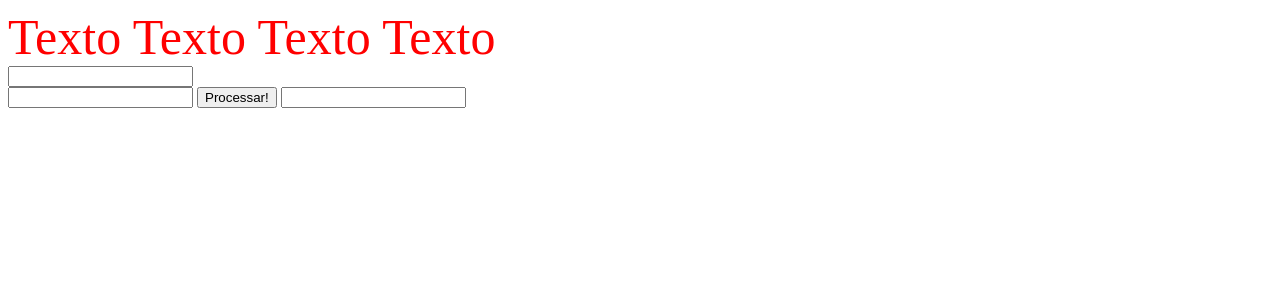
Repository: Zenxdu/eduardo
Page: html/anatomiaTag.html
These files come from the project's save history. The page is drawn as it stood at one moment and after the next save; the edit follows.
The browser window is 1280 px wide. The pictures show the whole page.

Above is the page before, as saved 2023-01-09 16:00:19.

### html/anatomiaTag.html
<html>
  <TAG>
   <!-- Corpo da Tag -->
   <bla>
       <opa>Texto</opa>
       <opa>Texto</opa>
       <opa>Texto</opa>
       <opa>Texto</opa>
   </bla>
    <style>
        bla {
            font-size : 50px;
            color: red;
        }
    </style>
  </tag>

  <!-- HTML --> <meta><br><input>
   <tag /><meta /><br /><input />

  <tag param1="valor1" param2='valor2'>
    <!-- Corpo da Tag -->
   </tag>

   <tag param1="valor1" param2='valor2' />

   <input type="button" value="Processar!">

   <input type="text" v-if v-for v-else>

    <Calendario></Calendario>

</html>

After the next save:
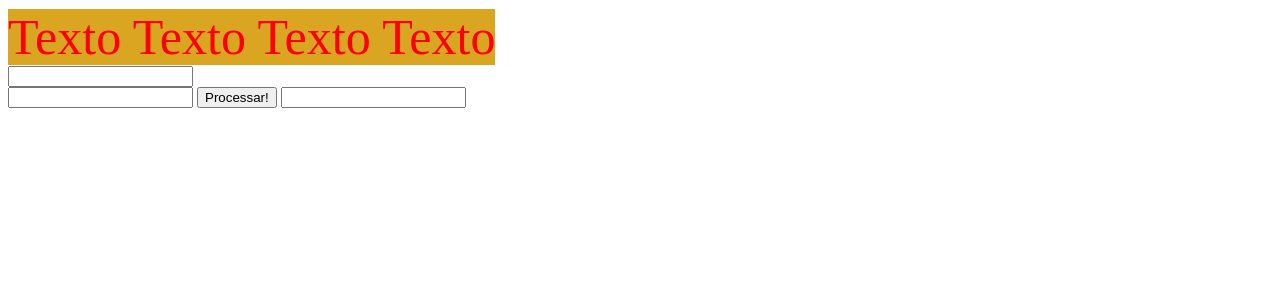
Saved 25 s later.
--- a/html/anatomiaTag.html
+++ b/html/anatomiaTag.html
@@ -11,6 +11,7 @@
         bla {
             font-size : 50px;
             color: red;
+            background-color: goldenrod;
         }
     </style>
   </tag>
